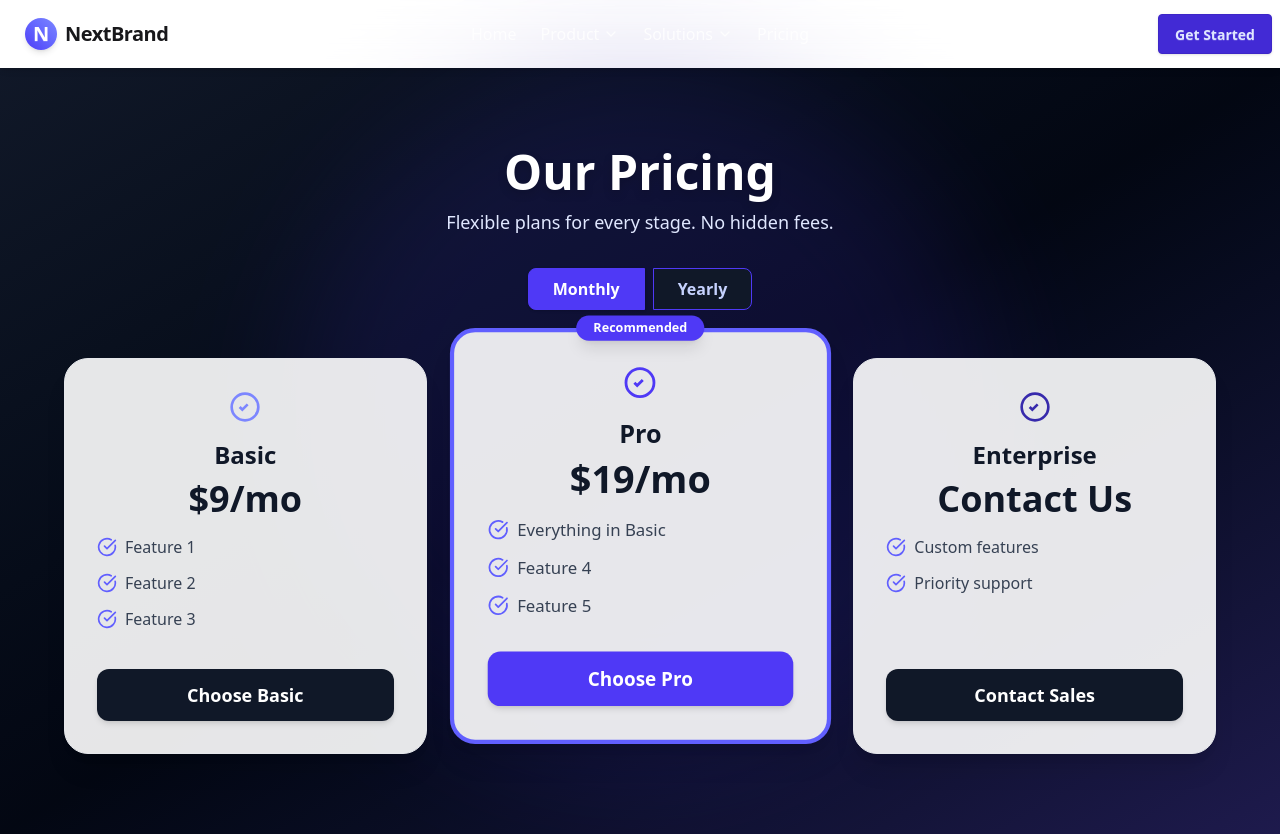
Repository: Chiranshukapil/Next_Brand
Page: /pricing
The author's editor kept a copy of each file at every save. The page is drawn from the files as they stood at one save, then again after the next save.
The browser window is 1280 px wide. The pictures show the whole page.
The project was rebuilt for these pictures with package versions that can differ from the ones it lists, and the page was loaded fresh each time. Also part of the build but not shown: vite.config.js.

Above is the page before, as saved 2025-06-18 11:49:03.

After the next save:
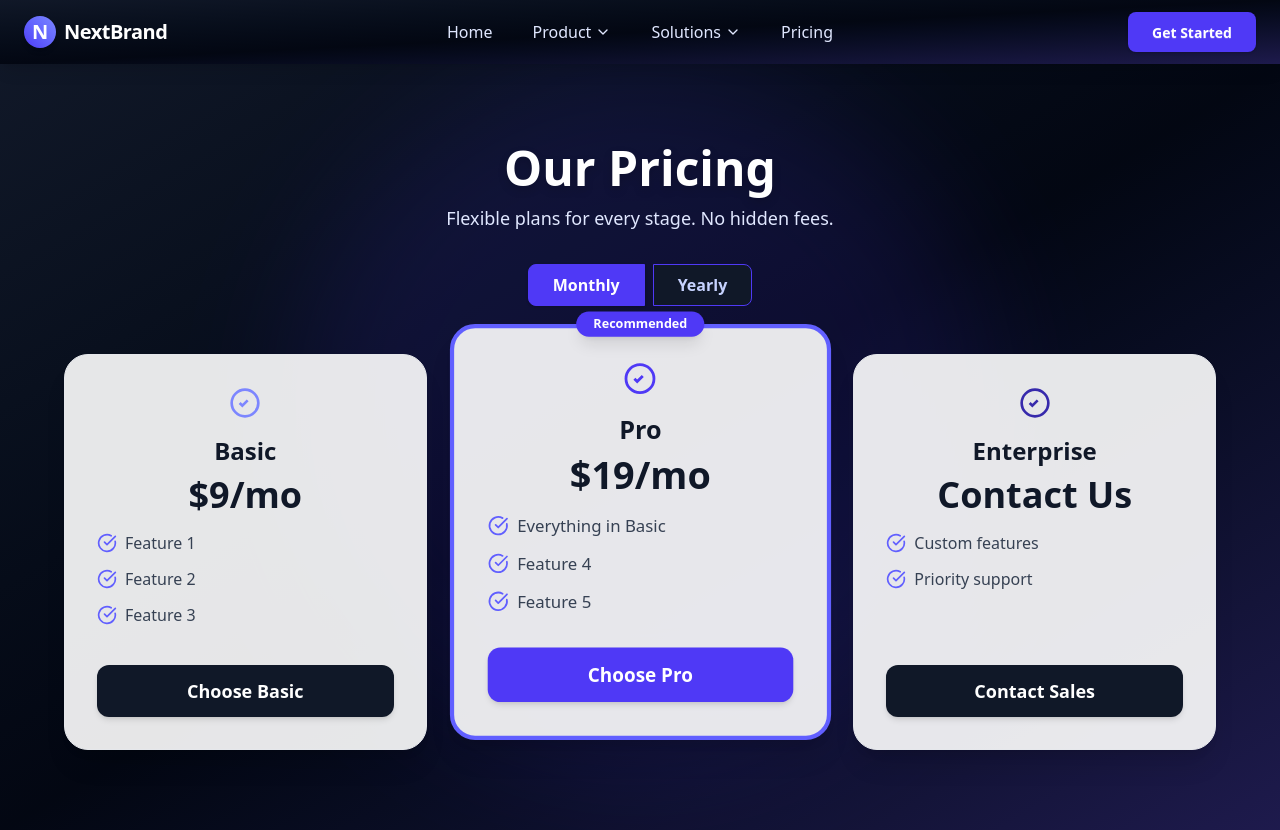
Saved 15 s later.
--- a/src/Components/NavBar.jsx
+++ b/src/Components/NavBar.jsx
@@ -2,7 +2,7 @@ import React, { useState } from "react";
 import { Link } from "react-router-dom";
 import { Menu, X, ChevronDown } from "lucide-react";
 
-// Use route paths in navLinks
+// Route-based navLinks
 const navLinks = [
   { name: "Home", href: "/" },
   {
@@ -11,6 +11,7 @@ const navLinks = [
     dropdown: [
       { name: "Overview", href: "/product/overview" },
       { name: "Features", href: "/product/features" },
+      { name: "Pricing", href: "/pricing" },
     ],
   },
   {
@@ -29,12 +30,12 @@ export default function Navbar() {
   const [dropdownOpen, setDropdownOpen] = useState(null);
 
   return (
-    <nav className="navbar shadow-md sticky top-0 z-50 backdrop-blur-md bg-opacity-90 transition-all duration-300 flex justify-between items-center">
-
+    <nav className="sticky top-0 z-50 bg-gradient-to-br from-gray-900 via-gray-950 to-indigo-950 backdrop-blur-md bg-opacity-80 shadow-lg flex justify-between items-center px-6 py-3">
+      {/* Brand/Logo */}
       <div className="navbar-start">
         <Link
           to="/"
-          className="btn btn-ghost text-xl font-bold tracking-tight flex items-center gap-2 hover:text-indigo-500 transition-colors"
+          className="flex items-center gap-2 text-xl font-bold tracking-tight text-white hover:text-indigo-400 transition-colors"
         >
           <span className="w-8 h-8 bg-gradient-to-tr from-indigo-600 to-indigo-400 rounded-full text-white flex items-center justify-center font-bold shadow-md">
             N
@@ -43,8 +44,9 @@ export default function Navbar() {
         </Link>
       </div>
 
+      {/* Desktop Menu */}
       <div className="navbar-center hidden md:flex">
-        <ul className="menu menu-horizontal px-1">
+        <ul className="flex gap-2 items-center">
           {navLinks.map((link, index) => (
             <li
               key={link.name}
@@ -56,7 +58,7 @@ export default function Navbar() {
                 <>
                   <Link
                     to={link.href}
-                    className="text-base font-medium flex items-center gap-1 cursor-pointer text-white/80 hover:text-indigo-500 transition-colors"
+                    className="px-4 py-2 rounded-lg text-base font-medium flex items-center gap-1 cursor-pointer text-indigo-100 hover:text-white hover:bg-indigo-700/30 transition-colors"
                     aria-haspopup="true"
                     aria-expanded={dropdownOpen === index}
                     onClick={() => setDropdownOpen(null)}
@@ -65,12 +67,12 @@ export default function Navbar() {
                     <ChevronDown className="h-4 w-4" />
                   </Link>
                   {dropdownOpen === index && (
-                    <ul className="absolute top-full left-0 mt-1 bg-gray-200 shadow-lg rounded-box p-2 w-48 z-50 animate-fade-in">
+                    <ul className="absolute top-full left-0 mt-2 bg-white/95 shadow-xl rounded-xl p-2 w-52 z-50 animate-fade-in">
                       {link.dropdown.map((item) => (
                         <li key={item.name}>
                           <Link
                             to={item.href}
-                            className="block px-3 py-1 rounded hover:bg-indigo-50 text-gray-800 transition"
+                            className="block px-4 py-2 rounded-lg hover:bg-indigo-100 text-gray-900 font-medium transition"
                             onClick={() => setDropdownOpen(null)}
                           >
                             {item.name}
@@ -83,7 +85,7 @@ export default function Navbar() {
               ) : (
                 <Link
                   to={link.href}
-                  className="text-base font-medium text-white/80 hover:text-indigo-500 transition"
+                  className="px-4 py-2 rounded-lg text-base font-medium text-indigo-100 hover:text-white hover:bg-indigo-700/30 transition"
                   onClick={() => setDropdownOpen(null)}
                 >
                   {link.name}
@@ -94,50 +96,46 @@ export default function Navbar() {
         </ul>
       </div>
 
+      {/* Right Side: CTA + Mobile Menu Button */}
       <div className="navbar-end flex items-center">
         <Link
           to="/get-started"
-          className="btn btn-primary font-semibold shadow hidden md:inline-flex"
+          className="btn btn-primary font-semibold shadow hidden md:inline-flex bg-indigo-600 text-white hover:bg-indigo-700 border-none rounded-lg px-6 py-2 transition"
         >
           Get Started
         </Link>
         <button
           aria-label="Toggle menu"
-          className="btn btn-ghost md:hidden ml-2"
+          className="btn btn-ghost md:hidden ml-2 text-indigo-200"
           onClick={() => setMenuOpen((v) => !v)}
         >
           {menuOpen ? (
-            <X className="h-6 w-6 text-indigo-600" />
+            <X className="h-7 w-7" />
           ) : (
-            <Menu className="h-6 w-6 text-indigo-600" />
+            <Menu className="h-7 w-7" />
           )}
         </button>
 
+        {/* Mobile Menu */}
         <div
-          className={`absolute top-full right-2 left-2 z-40 md:hidden overflow-hidden transition-all duration-300 ease-in-out bg-white rounded-box shadow-lg ${
+          className={`absolute top-full right-2 left-2 z-40 md:hidden overflow-hidden transition-all duration-300 ease-in-out bg-white/95 rounded-xl shadow-lg ${
             menuOpen ? "max-h-96" : "max-h-0"
           }`}
         >
-          <ul tabIndex={0} className="menu menu-sm p-2 w-full">
+          <ul tabIndex={0} className="flex flex-col gap-1 p-3 w-full">
             {navLinks.map((link) => (
               <li key={link.name}>
                 {link.dropdown ? (
                   <details>
-                    <summary className="text-base cursor-pointer flex items-center justify-between text-gray-800">
-                      <Link
-                        to={link.href}
-                        className="flex items-center gap-1"
-                        onClick={() => setMenuOpen(false)}
-                      >
-                        {link.name}
-                      </Link>
+                    <summary className="text-base cursor-pointer flex items-center justify-between text-gray-900 font-semibold px-2 py-2 rounded-lg hover:bg-indigo-100 transition">
+                      {link.name}
                     </summary>
                     <ul className="p-2">
                       {link.dropdown.map((item) => (
                         <li key={item.name}>
                           <Link
                             to={item.href}
-                            className="text-base text-gray-800"
+                            className="block px-4 py-2 rounded-lg text-gray-900 hover:bg-indigo-100 transition"
                             onClick={() => setMenuOpen(false)}
                           >
                             {item.name}
@@ -149,7 +147,7 @@ export default function Navbar() {
                 ) : (
                   <Link
                     to={link.href}
-                    className="text-base text-gray-800"
+                    className="block px-4 py-2 rounded-lg text-gray-900 font-semibold hover:bg-indigo-100 transition"
                     onClick={() => setMenuOpen(false)}
                   >
                     {link.name}
@@ -160,7 +158,7 @@ export default function Navbar() {
             <li className="mt-2">
               <Link
                 to="/get-started"
-                className="btn btn-primary w-full"
+                className="btn btn-primary w-full bg-indigo-600 text-white hover:bg-indigo-700 border-none rounded-lg px-6 py-2 transition"
                 onClick={() => setMenuOpen(false)}
               >
                 Get Started
